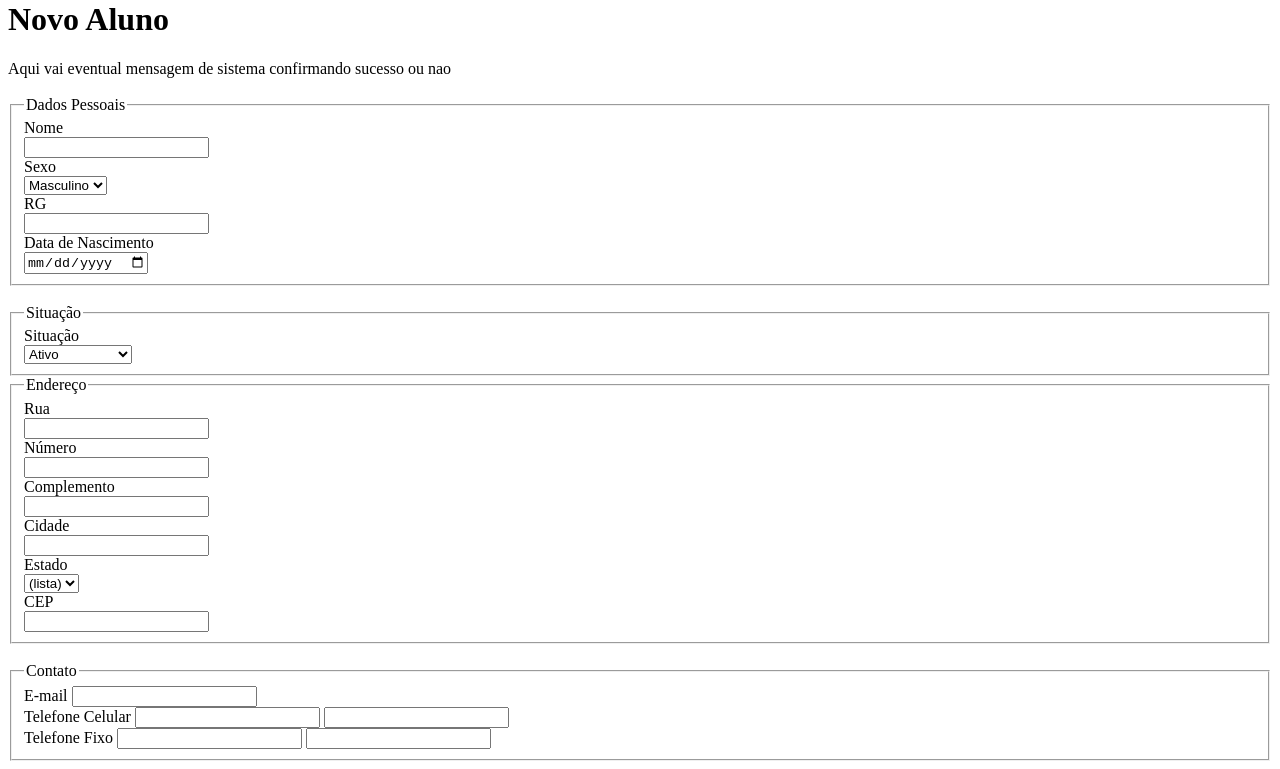
Repository: fabiodaemon/Loucademia
Page: Loucademia/WebContent/WEB-INF/novoAluno.html
These files come from the project's save history. The page is drawn as it stood at one moment and after the next save; the edit follows.
The browser window is 1280 px wide. The pictures show the part of the page from y = 422 to 1245 px (the page is 1191 px tall before and 1245 px after).
A picture or video elsewhere on the page could not be fetched, so the positions and the page height are approximate.

Above is the page before, as saved 2019-01-27 22:29:36.

After the next save:
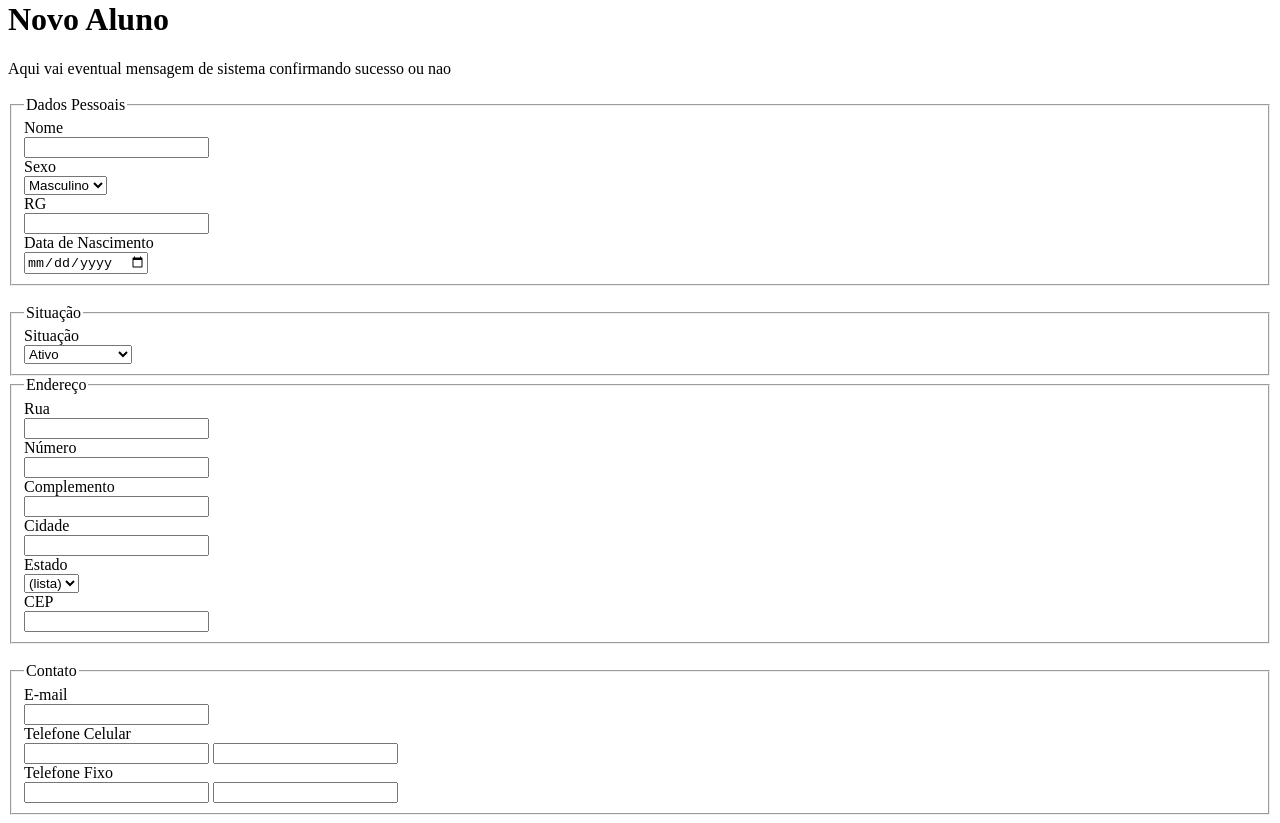
Saved 24 s later.
--- a/Loucademia/WebContent/WEB-INF/novoAluno.html
+++ b/Loucademia/WebContent/WEB-INF/novoAluno.html
@@ -89,14 +89,14 @@
 		<fieldset>
 			<legend>Contato</legend>
 
-			<label for="email">E-mail</label>
+			<label for="email">E-mail</label><br>
 			<input type="email" name="email" id="email"><br>
 
-			<label for="telefoneCelularDDD">Telefone Celular</label>
+			<label for="telefoneCelularDDD">Telefone Celular</label><br>
 			<input type="tel" name="telefoneCelularDDD" id="telefoneCelularDDD">
 			<input type="tel" name="telefoneCelularNumero" id="telefoneCelularNumero"><br>
 
-			<label for="telefoneFixoDDD">Telefone Fixo</label>
+			<label for="telefoneFixoDDD">Telefone Fixo</label><br>
 			<input type="tel" name="telefoneFixoDDD" id="telefoneFixoDDD">
 			<input type="tel" name="telefoneFixoNumero" id="telefoneFixoNumero"><br>
 
